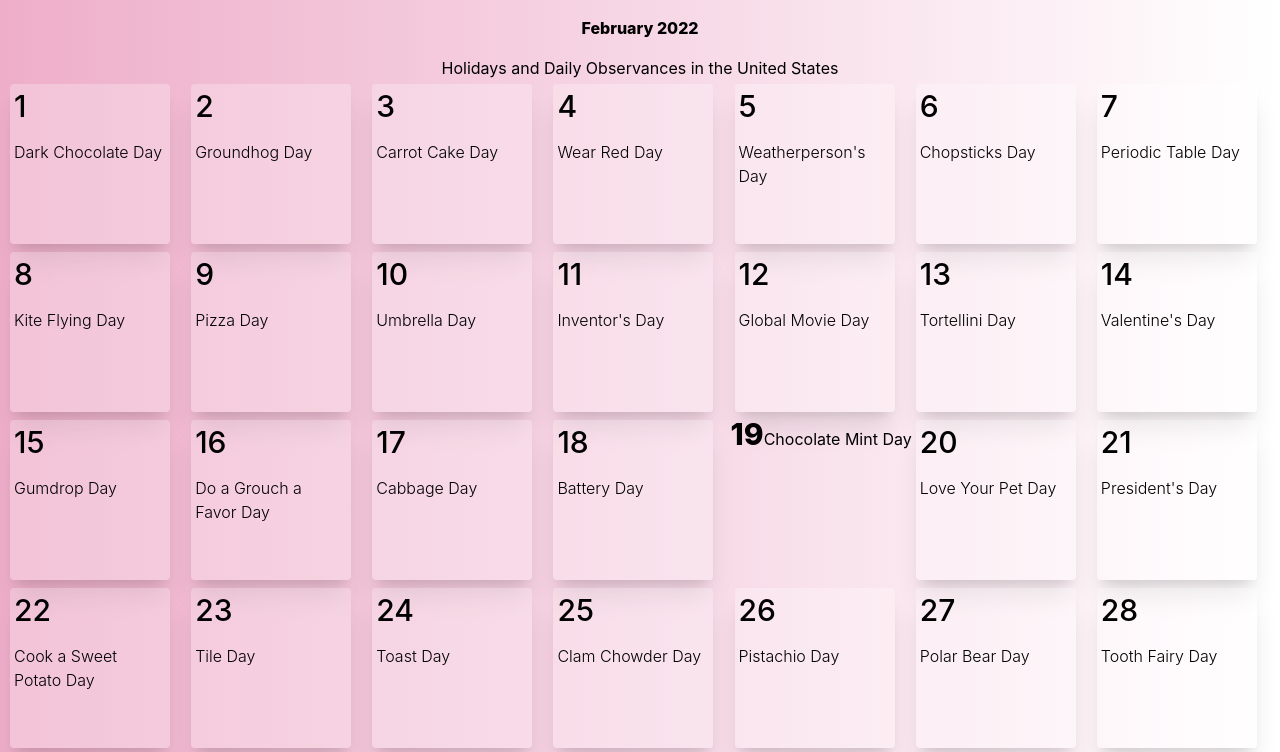
Repository: JohnMata0427/Examen-Bimestral-01-Frontend
Page: /
An editor plug-in stored every save of this project. The page is shown before and after the next save, followed by the edit.
The browser window is 1280 px wide. The pictures show the whole page.
The project was rebuilt for these pictures with package versions that can differ from the ones it lists, and the page was loaded fresh each time. Also part of the build but not shown: vite.config.js.

Above is the page before, as saved 2024-06-11 21:52:26.

After the next save:
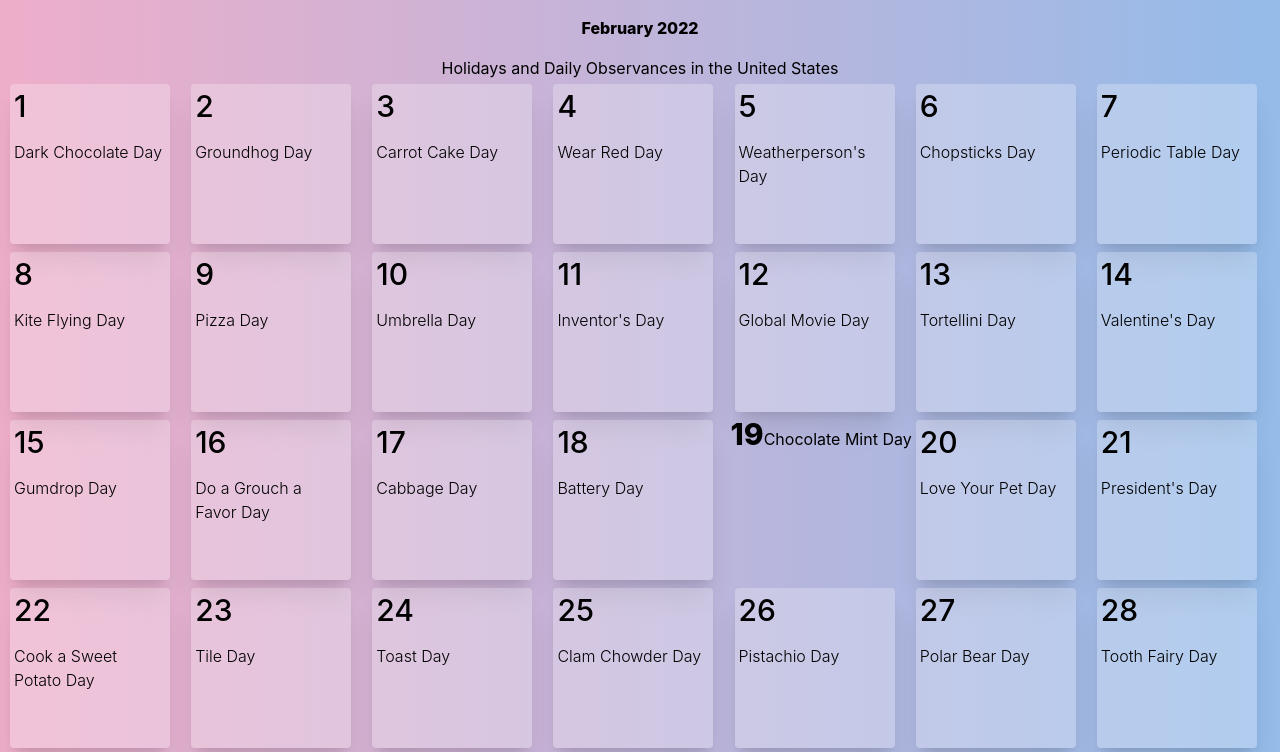
Saved 5 s later.
--- a/src/components/calendar.jsx
+++ b/src/components/calendar.jsx
@@ -1,6 +1,6 @@
 export default function Calendar(){
     return (
-        <div className="flex flex-col items-center bg-gradient-to-r from-[#eeaeca] to-[rgba() 100%]">
+        <div className="flex flex-col items-center bg-gradient-to-r from-[#eeaeca] to-[#94bbe9]">
             <h1 className="font-extrabold my-4">February 2022</h1>
             <p>Holidays and Daily Observances in the United States</p>
             <ul className="grid grid-cols-7 flex-wrap list-none">
